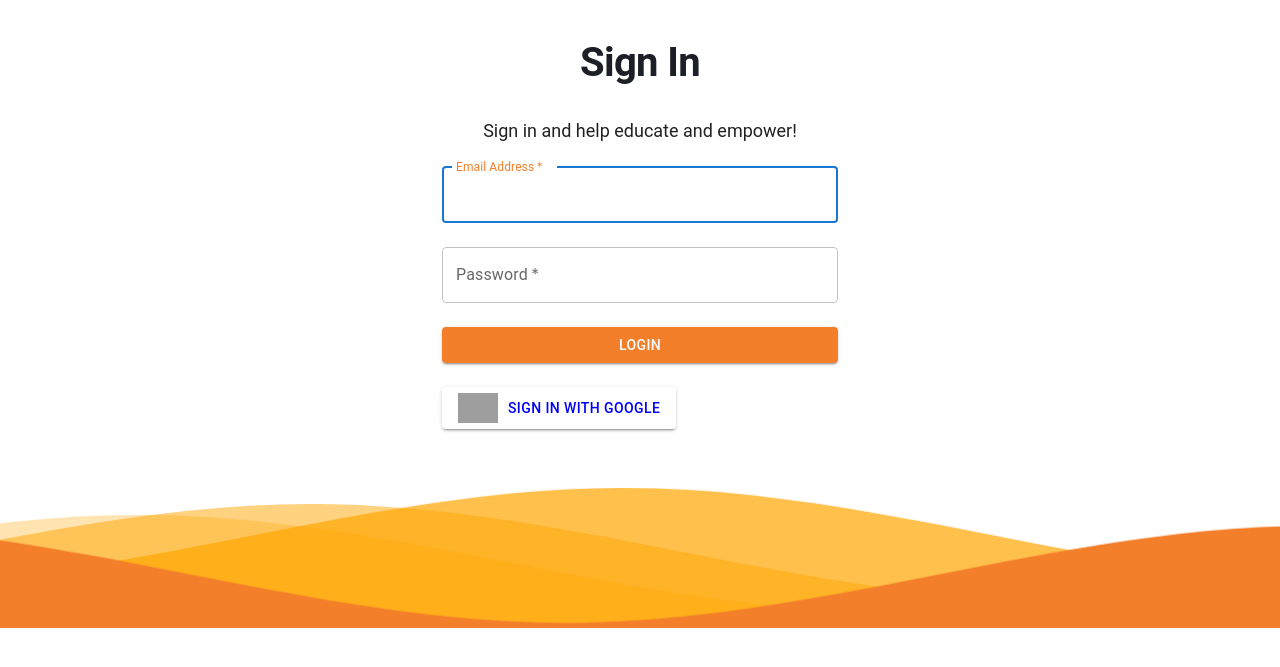
Repository: shubhampirate/Google_Solutions_Edural
Page: /
These files come from the project's save history. The page is drawn as it stood at one moment and after the next save; the edit follows.
The browser window is 1280 px wide. The pictures show the whole page.
Pictures or frames that could not be fetched are drawn as grey boxes. The project was rebuilt for these pictures with package versions that can differ from the ones it lists, and the page was loaded fresh each time. Some packages were replaced by stand-ins written for this rebuild. Also part of the build but not shown: src/Components/CustomButton.jsx, src/Components/Navbar.jsx, src/Components/Footer.jsx, src/Components/CongratsCard.jsx, src/pages/Hero/Hero.jsx.

Above is the page before, as saved 2024-02-02 23:54:48.

### src/App.jsx
import Hero from "./pages/Hero/Hero";
import SignIn from "./pages/Sign_in";
import {useState} from "react";
function App() {
  return (
    <>
      {/* <Hero />   */}
      <SignIn />
         </>
  );
}

export default App;

### src/pages/Sign_in.jsx
import * as React from 'react';
import Avatar from '@mui/material/Avatar';
import Button from '@mui/material/Button';
import CssBaseline from '@mui/material/CssBaseline';
import TextField from '@mui/material/TextField';
import FormControlLabel from '@mui/material/FormControlLabel';
import Checkbox from '@mui/material/Checkbox';
import Link from '@mui/material/Link';
import Grid from '@mui/material/Grid';
import Box from '@mui/material/Box';
import LockOutlinedIcon from '@mui/icons-material/LockOutlined';
import Typography from '@mui/material/Typography';
import Container from '@mui/material/Container';
import { createTheme, ThemeProvider } from '@mui/material/styles';
import { styled } from "@mui/material";
import Swal from 'sweetalert2';
import CustomButton from "../Components/CustomButton";
// import { useNavigate } from 'react-router-dom';
import heroImg from "../media/google icon.jpeg";
const defaultTheme = createTheme();

export default function SignIn() {

//   const navigate = useNavigate();

  const handleSubmit = (event) => {
    event.preventDefault();
    const data = new FormData(event.currentTarget);

    const searchData = {
      email: data.get('email'),
      password: data.get('password'),
    }
    console.log({
      email: data.get('email'),
      password: data.get('password'),
    });

    // fetch(`https://wixstocle.pythonanywhere.com/api/login/`, {
    //   method: 'POST',
    //   headers: {
    //     'Content-Type': 'application/json',
    //   },
    //   body: JSON.stringify(searchData),
    // }).then((response) => response.json())
    //   .then((data) => {
    //     // console.log(data);
    //     if (data.status == true) {
    //       Swal.fire({
    //         icon: 'success',
    //         title: 'Successfully Logged In',
    //         showConfirmButton: false,
    //         timer: 3000
    //       })
    //       navigate('/dashboard')
    //     }
    //     else {
    //       Swal.fire({
    //         icon: 'error',
    //         title: data.message,
    //         showConfirmButton: false,
    //         timer: 3000
    //       })
    //     }
    //   })
    //   .catch((error) => {
    //     // console.error(error);
    //   });

  };
  const Title = styled(Typography)(({ theme }) => ({
    fontSize: "40px",
    color: "#000336",
    fontWeight: "bold",
    textAlign: "center",
    margin: theme.spacing(4, 0, 4, 0),
    [theme.breakpoints.down("sm")]: {
      fontSize: "40px",
    },
  }));


  return (
    <ThemeProvider theme={defaultTheme}>
    <Container component="main" maxWidth="xs">
      <CssBaseline />
      <Box
        sx={{
          marginTop: 1,
          display: 'flex',
          flexDirection: 'column',
          alignItems: 'center',
          justifyContent:'center'
        }}
      >
        <Title variant="h1" sx={{ color: "#1C1F25" }}>
            Sign In
           </Title>
        <Typography component="h2" variant="h5" sx={{ fontSize: "18px" }}>
          Sign in and help educate and empower!
        </Typography>
        <Box component="form" onSubmit={handleSubmit} noValidate sx={{ mt: 1 }}>
          <TextField
            margin="normal"
            required
            fullWidth
            id="email"
            label="Email Address"
            name="email"
            autoComplete="email"
            autoFocus
            sx={{
                '& .MuiOutlinedInput-root': {
                  '&:hover fieldset': {
                    borderColor: "#F47F2A", // Outline color on hover
                  },
                },
                '& .Mui-focused fieldset': {
                  borderColor: "#F47F2A", // Outline color when focused
                },

                '& .MuiInputLabel-root.Mui-focused': {
                  color: "#F47F2A", // Label color when focused
                },
                '& .MuiInputBase-input': {
                  color: "#F47F2A", // Text color
                },
              }}
          />
          <TextField
            margin="normal"
            required
            fullWidth
            name="password"
            label="Password"
            type="password"
            id="password"
            autoComplete="current-password"
            sx={{
                '& .MuiOutlinedInput-root': {
                  '&:hover fieldset': {
                    borderColor: "#F47F2A", // Outline color on hover
                  },
                },
                '& .Mui-focused fieldset': {
                  borderColor: "#F47F2A", // Outline color when focused
                },

                '& .MuiInputLabel-root.Mui-focused': {
                  color: "#F47F2A", // Label color when focused
                },
                '& .MuiInputBase-input': {
                  color: "#F47F2A", // Text color
                },
              }}
          />
          {/* <FormControlLabel
            control={<Checkbox value="remember" color="primary" />}
            label="Remember me"
          /> */}
          <Button
            type="submit"
            fullWidth
            variant="contained"

            sx={{
              mt: 2,
              mb: 1,
              backgroundColor: "#F47F2A", // Background color on hover
                color: "#fff", // Text color on hover
                // borderColor: "#F47F2A", //
              '&:hover': {
                backgroundColor: "#fff", // Background color on hover
                color: "#F47F2A", // Text color on hover
                borderColor: "#F47F2A", // Outline color on hover
              },
            }}
          >
            Login
          </Button>
          <Button
            type="submit"
            // fullWidth
            variant="contained"

            sx={{
              mt: 2,
              mb: 1,
              display: 'flex',
              alignSelf: 'center',
              width: 'fit-content',
              backgroundColor: "white", // Background color on hover
                color: "blue", // Text color on hover
                // borderColor: "#F47F2A", //
              '&:hover': {
                backgroundColor: "#fff", // Background color on hover
                color: "blue", // Text color on hover
              },
            }}
          >
            <img
        src={heroImg}
        alt="Google Icon"
        style={{ width: '40px',height:'100%', marginRight: '10px' }}
      />
            Sign In with Google
          </Button>
          {/* <Grid container>
            <Grid item xs>
              <Link href="#" variant="body2">
                Forgot password?
              </Link>
            </Grid>
          </Grid> */}
        </Box>
      </Box>
    </Container>
    <div style={{ marginTop: "2.5rem", marginBottom: "-1rem" }}>
  <svg
    style={{
      position: 'relative',
      width: '100%',
      height: '21vh',
    }}
    xmlns="http://www.w3.org/2000/svg"
    xmlnsXlink="http://www.w3.org/1999/xlink"
    viewBox="0 24 150 28"
    preserveAspectRatio="none"
    shapeRendering="auto"
  >
    <defs>
      <path
        id="gentle-wave"
        d="M-160 44c30 0 58-18 88-18s 58 18 88 18 58-18 88-18 58 18 88 18 v44h-352z"
      />
    </defs>
    <g className="parallax">
      <use xlinkHref="#gentle-wave" x="48" y="0" fill="rgba(255,165,0,0.7)" />
      <use xlinkHref="#gentle-wave" x="48" y="3" fill="rgba(255,165,0,0.5)" />
      <use xlinkHref="#gentle-wave" x="48" y="5" fill="rgba(255,165,0,0.3)" />
      <use xlinkHref="#gentle-wave" x="48" y="7" fill="#F47F2A" />
    </g>
  </svg>
  <style>
    {`
      .parallax > use {
        animation: move-forever 25s cubic-bezier(.55,.5,.45,.5) infinite;
      }
      .parallax > use:nth-child(1) {
        animation-delay: -2s;
        animation-duration: 7s;
      }
      .parallax > use:nth-child(2) {
        animation-delay: -3s;
        animation-duration: 10s;
      }
      .parallax > use:nth-child(3) {
        animation-delay: -4s;
        animation-duration: 13s;
      }
      .parallax > use:nth-child(4) {
        animation-delay: -5s;
        animation-duration: 20s;
      }
      @keyframes move-forever {
        0% {
          transform: translate3d(-90px,0,0);
        }
        100% {
          transform: translate3d(85px,0,0);
        }
      }
      @media (max-width: 768px) {
        .waves {
          height: 40px;
          min-height: 40px;
        }
      }
    `}
  </style>
</div>


    </ThemeProvider>
  );
}

Loaded but not shown: public/index.html (common file); src/index.js (common file); src/index.css (common file)

After the next save:
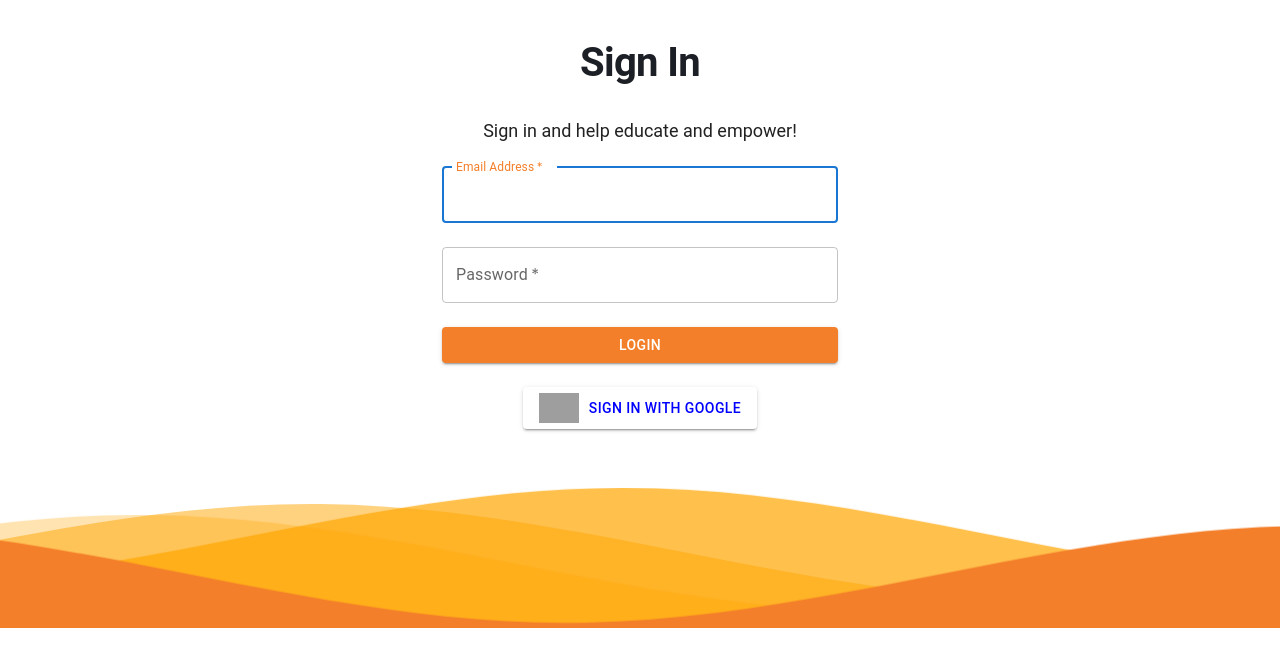
Saved 50 s later.
--- a/src/pages/Sign_in.jsx
+++ b/src/pages/Sign_in.jsx
@@ -178,33 +178,33 @@ export default function SignIn() {
           >
             Login
           </Button>
-          <Button
-            type="submit"
-            // fullWidth
-            variant="contained"
-
-            sx={{
-              mt: 2,
-              mb: 1,
-              display: 'flex',
-              alignSelf: 'center',
-              width: 'fit-content',
-              backgroundColor: "white", // Background color on hover
-                color: "blue", // Text color on hover
-                // borderColor: "#F47F2A", //
-              '&:hover': {
-                backgroundColor: "#fff", // Background color on hover
-                color: "blue", // Text color on hover
-              },
-            }}
-          >
-            <img
-        src={heroImg}
-        alt="Google Icon"
-        style={{ width: '40px',height:'100%', marginRight: '10px' }}
-      />
-            Sign In with Google
-          </Button>
+          <Box
+  display="flex"
+  justifyContent="center"
+  alignItems="center"
+  flexDirection="column"
+  sx={{ mt: 2, mb: 1 }}
+>
+  <Button
+    type="submit"
+    variant="contained"
+    sx={{
+      backgroundColor: "white", // Background color on hover
+      color: "blue", // Text color on hover
+      '&:hover': {
+        backgroundColor: "#fff", // Background color on hover
+        color: "blue", // Text color on hover
+      },
+    }}
+  >
+    <img
+      src={heroImg}
+      alt="Google Icon"
+      style={{ width: '40px', height: '100%', marginRight: '10px' }}
+    />
+    Sign In with Google
+  </Button>
+</Box>
           {/* <Grid container>
             <Grid item xs>
               <Link href="#" variant="body2">
